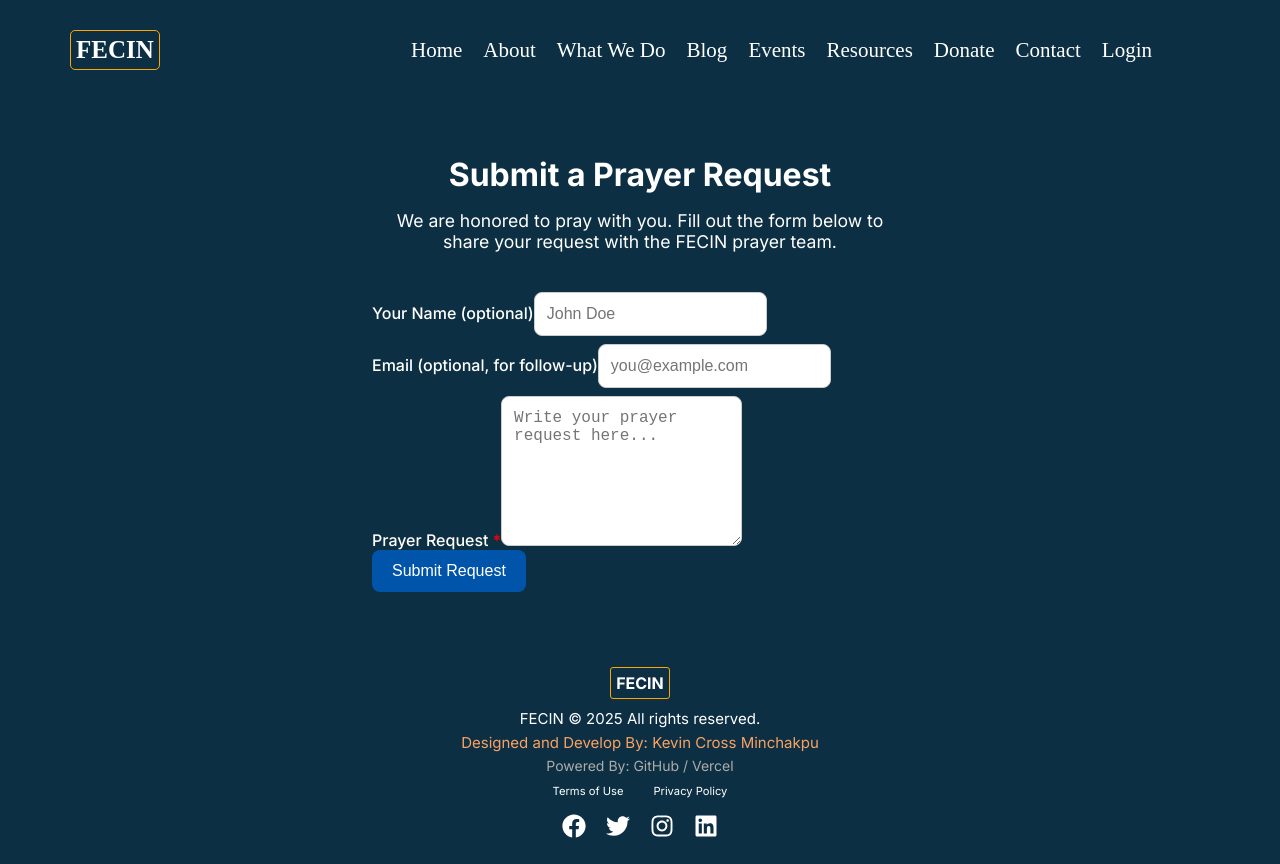
Repository: KCMinchakpu/fecin-projectgs497
Page: /prayers
The author's editor kept a copy of each file at every save. The page is drawn from the files as they stood at one save, then again after the next save.
The browser window is 1280 px wide. The pictures show the whole page.
The page's requests for data from a server got no answer. The project was rebuilt for these pictures with package versions that can differ from the ones it lists, and the page was loaded fresh each time. The framework's server and built-in components were replaced by stand-ins that run in the browser. No one was signed in, and anything a server would have sent is missing. Also part of the build but not shown: next.config.mjs.

Above is the page before, as saved 2025-04-12 16:55:59.

### src/app/layout.js
"use client";

import { Inter } from "next/font/google";
import "./globals.css";
import Navbar from "@/components/navbar/Navbar";
import Footer from "@/components/footer/Footer";
import { SessionProvider } from "next-auth/react"; // Import SessionProvider

const inter = Inter({ subsets: ["latin"] });

export default function RootLayout({ children }) {
  return (
    <html lang="en">
      <body className={inter.className}>
        <SessionProvider>
          <div className="container">
            <Navbar />
            {children}
            <Footer />
          </div>
        </SessionProvider>
      </body>
    </html>
  );
}

### src/app/prayers/page.jsx
'use client';
import { useState } from 'react';
import styles from './prayers.module.css';

export default function PrayerPage() {
  const [form, setForm] = useState({
    name: '',
    email: '',
    request: '',
  });

  const [submitted, setSubmitted] = useState(false);

  const handleChange = (e) => {
    setForm({ ...form, [e.target.name]: e.target.value });
  };

  const handleSubmit = async (e) => {
    e.preventDefault();
    console.log('Prayer Request Submitted:', form);
    setSubmitted(true);
    setForm({ name: '', email: '', request: '' });
  };

  return (
    <main className={styles.container}>
      <h1 className={styles.title}>Submit a Prayer Request</h1>
      <p className={styles.intro}>
        We are honored to pray with you. Fill out the form below to share your request with the FECIN prayer team.
      </p>

      {submitted ? (
        <div className={styles.thankyou}>
          <p>Thank you for sharing your prayer request. Our team will lift you up in prayer.</p>
        </div>
      ) : (
        <form onSubmit={handleSubmit} className={styles.form}>
          <div className={styles.formLabel}>
            <label>
              Your Name (optional)
              <input
                type="text"
                name="name"
                value={form.name}
                onChange={handleChange}
                placeholder="John Doe"
                className={styles.inputField}
              />
            </label>
          </div>

          <div className={styles.formLabel}>
            <label>
              Email (optional, for follow-up)
              <input
                type="email"
                name="email"
                value={form.email}
                onChange={handleChange}
                placeholder="you@example.com"
                className={styles.inputField}
              />
            </label>
          </div>

          <div className={styles.formLabel}>
            <label>
              Prayer Request <span className={styles.required}>*</span>
              <textarea
                name="request"
                value={form.request}
                onChange={handleChange}
                required
                placeholder="Write your prayer request here..."
                className={styles.textareaField}
              />
            </label>
          </div>

          <button type="submit">Submit Request</button>
        </form>
      )}
    </main>
  );
}

### src/app/globals.css
:root {
    --bg: #0c2f43;
    --text: white;
    --bgSoft: #091f2c;
    --textSoft: rgb(237, 232, 232);
    --btn: #de3c21;
    --bgWhite: white;
    --textGray: #444444;
}

/* Box sizing rules */
* {
    box-sizing: border-box;
    margin:0;
    padding: 0;
  }

/* Set core body defaults */
body {
    background-color: var(--bgWhite);
    color: var(--text);
  }

a {
    color: inherit;
    text-decoration: none;
}

.container {
  background-color: var(--bg);
  width: 100%; /* Default for small screens */
  margin: auto;
  padding-left: 20px;
  padding-right: 20px;
  min-height: 120vh;
  display: flex;
  flex-direction: column;
  justify-content: space-between;
}

.callnana {
    background-color: var(--bgWhite);
    color: var(--textGray);
    padding: 20px;
    border-radius: 8px;
    box-shadow: 0 4px 8px rgba(0, 0, 0, 0.1);
    margin-bottom: 20px;
    width: 400px;
    height: 200px;
    align-items: center;
    justify-items: center;
}

### src/components/navbar/Navbar.jsx
import React from 'react';
import Link from 'next/link';
import Links from "./links/Links";
import styles from "./navbar.module.css";

const Navbar = () => {
  return (
    <div className={styles.container}>
      <Link href="/" className={styles.logo}>FECIN</Link>
      <div>
        <Links />
      </div>
    </div>
  );
};

export default Navbar;

### src/components/footer/Footer.jsx
import React from 'react';
import styles from './footer.module.css';
import { FaFacebook, FaTwitter, FaInstagram, FaLinkedin } from 'react-icons/fa';

const Footer = () => {
  return (
    <div className={styles.container}>
      <div className={styles.logo}>
        {/* You can add a logo image here if needed */}
        <h2>FECIN</h2>
      </div>
      <div>
        <p className={styles.text}>FECIN © 2025 All rights reserved.</p>
        <p className={styles.author}>
          <a href="https://www.linkedin.com/in/kevin-cross-minchakpu-7897379a" target="_blank">Designed and Develop By: Kevin Cross Minchakpu</a>
          </p>
        <p className={styles.company}>
          <a href="https://octatesystems.github.io/OSNigeria/">Powered By: GitHub / Vercel</a>
          </p>
      </div>
      <div className={styles.links}>
        <a href="/terms" className={styles.link}>Terms of Use</a>
        <a href="/privacy" className={styles.link}>Privacy Policy</a>
      </div>
      <div className={styles.socialIcons}>
        <a href="https://facebook.com" target="_blank" rel="noopener noreferrer" className={styles.icon}>
          <FaFacebook />
        </a>
        <a href="https://twitter.com" target="_blank" rel="noopener noreferrer" className={styles.icon}>
          <FaTwitter />
        </a>
        <a href="https://instagram.com" target="_blank" rel="noopener noreferrer" className={styles.icon}>
          <FaInstagram />
        </a>
        <a href="https://linkedin.com" target="_blank" rel="noopener noreferrer" className={styles.icon}>
          <FaLinkedin />
        </a>
      </div>
    </div>
  );
};

export default Footer;

### src/app/prayers/prayers.module.css
.container {
    max-width: 600px;
    margin: 0 auto;
    padding: 2rem;
  }

  .title {
    font-size: 2rem;
    text-align: center;
    margin-bottom: 1rem;
  }

  .intro {
    text-align: center;
    margin-bottom: 2rem;
    font-size: 1.1rem;
  }

  .formLabel {
    display: flex;
    flex-direction: column;
    font-weight: 500;
  }

  .inputField, .textareaField {
    padding: 0.75rem;
    border: 1px solid #ccc;
    border-radius: 8px;
    margin-top: 0.5rem;
    font-size: 1rem;
  }

  .textareaField {
    min-height: 150px;
    resize: vertical;
  }


  button {
    padding: 0.75rem 1.25rem;
    background-color: #0055aa;
    color: white;
    border: none;
    border-radius: 8px;
    font-size: 1rem;
    cursor: pointer;
    transition: background 0.3s ease;
  }

  button:hover {
    background-color: #003f80;
  }

  .thankyou {
    text-align: center;
    padding: 2rem;
    background-color: #e6f7ff;
    border: 1px solid #b3e5fc;
    border-radius: 8px;
  }

  .required {
    color: red;
  }

### src/components/navbar/links/Links.jsx
"use client";

import React, { useState } from "react";
import { useSession } from "next-auth/react";
import Image from 'next/image';
import NavLink from "../navLink/NavLink";
import styles from "./links.module.css";

const links = [
  { title: "Home", path: "/" },
  { title: "About", path: "/about" },
  { title: "What We Do", path: "/whatwedo" },
  { title: "Blog", path: "/blog" },
  { title: "Events", path: "/upcoming-events" },
  { title: "Resources", path: "/resources" },
  { title: "Donate", path: "/donate" },
    { title: "Contact", path: "/contact" },
  ];

const Links = () => {
  const [open, setOpen] = useState(false);
  const { data: session, status } = useSession();

  const isAdmin = session?.user?.role === "admin";

  return (
    <div className={styles.container}>
      <div className={styles.links}>
        {links.map((link) => (
          <NavLink item={link} key={link.title} />
        ))}

        {!session && status !== "loading" && (
          <NavLink item={{ title: "Login", path: "/login" }} />
        )}

        {session && isAdmin && (
          <NavLink item={{ title: "Admin", path: "/admin" }} />
        )}

        {session && (
          <form method="post" action="/api/auth/signout">
            <button className={styles.logout}>Logout</button>
          </form>
        )}
      </div>

      <Image
        className={styles.menuButton}
        src="/menu.png"
        alt="Hamburger menu"
        width={30}
        height={30}
        onClick={() => setOpen((prev) => !prev)}
      />

      {open && (
        <div className={styles.mobileLinks}>
          {links.map((link) => (
            <NavLink item={link} key={link.title} />
          ))}
        </div>
      )}
    </div>
  );
};

export default Links;

### src/components/navbar/navbar.module.css
.container {
    height: 100px;
    display: flex;
    align-items: center;
    justify-content: space-between;
}

.logo {
    font-size: 25px;
    font-weight: bold;
    font-family: "Play", serif;
    font-weight: 700;
    font-style: normal;
    border: 1.5px solid orange;
    padding: 5px;
    border-radius: 5px;
    margin-left: 50px;
}

### src/components/footer/footer.module.css
/* Footer Container */
.container {
    background-color: var(--bg);
    color: white;
    display: flex;
    flex-direction: column;
    align-items: center;
    justify-content: space-between;
    padding: 20px;
    text-align: center;
  }

  .logo h2 {
    font-size: 1rem;
    margin-bottom: 10px;
    border: 1px solid orange;
    padding: 5px;
    border-radius: 3px;
  }

  .text {
    margin-bottom: 5px;
    font-size: 15px;

  }
  .author {
    margin-bottom: 5px;
    font-size: 15px;
    color: rgb(250, 162, 99);
  }

  .company {
    margin-bottom: 5px;
    font-size: 14px;
    color: rgb(174, 172, 170);
  }

  .author:hover {
    text-decoration: underline;
  }

  .company:hover {
    text-decoration: underline;
  }

  .links {
    margin-bottom: 15px;
  }

  .link {
    color: white;
    margin: 0 15px;
    text-decoration: none;
    font-size: 0.7rem;
  }

  .link:hover {
    text-decoration: underline;
  }

  .socialIcons {
    display: flex;
    justify-content: center;
    gap: 20px;
  }

  .icon {
    font-size: 1.5rem;
    color: white;
    transition: color 0.3s ease;
  }

  .icon:hover {
    color: #0070f3;
  }


  @media (min-width: 768px) {
    .container {
      flex-direction: column;
      align-items: center;
      justify-content: space-around;
    }
  }

### src/components/navbar/navLink/navLink.jsx
"use client";

import React from "react";
import Link from "next/link";
import { usePathname } from "next/navigation";
import styles from "./navLink.module.css";

const NavLink = ({ item }) => {
  const pathName = usePathname();
  return (
    <Link
      href={item.path}
      className={`${styles.container} ${
        pathName === item.path ? styles.active : ""
      }`}
    >
      {item.title}
    </Link>
  );
};

export default NavLink;

### src/components/navbar/links/links.module.css
.links {
    display: flex;
    align-items: center;
    gap: 5px;
    font-family: "Play", serif;
    font-style: normal;
    margin-right: 100px;
    font-size: 21px;
}

.logout {
    padding: 5px;
    cursor: pointer;
    font-weight: bold;
    font-size: 15px;
}

.menuButton,
.mobileLinks {
   display: none;
  }

  @media (max-width: 480px){
    .links {
        display: none;
    }

    .menuButton {
        display: block;
        cursor: pointer;
      }

    .mobileLinks {
        position: absolute;
        top: 100px;
        right: 0;
        width: 50%;
        height: calc(100vh-100px);
        /*background-color: var(--bg);*/
       background-color: brown;
        display: flex;
        flex-direction: column;
        align-items: center;
        justify-content: center;
        gap: 10px;
      }
  }

### src/components/navbar/navLink/navLink.module.css
.container {
    padding: 8px;
    text-align: center;


}

.active {
    background-color: var(--text);
    color: var(--btn);
}

After the next save:
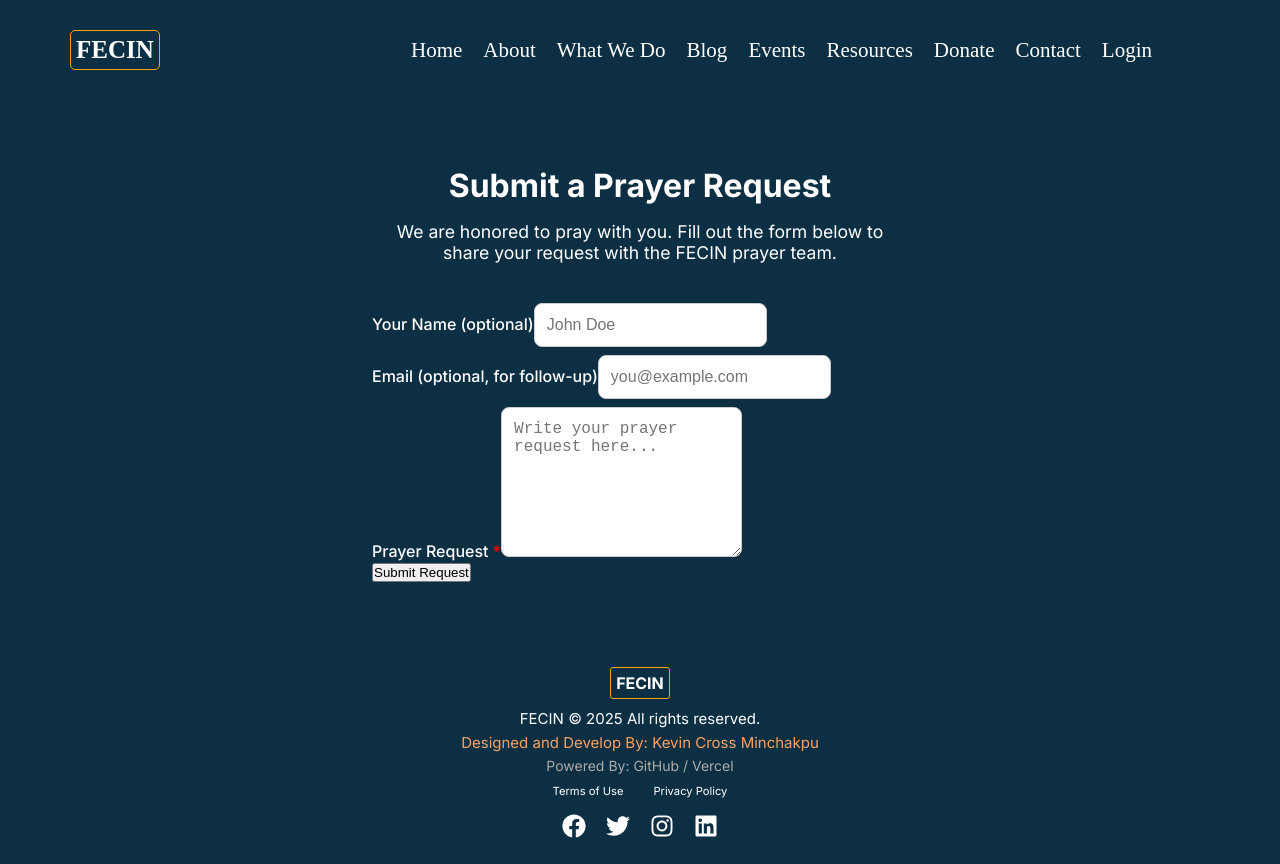
Saved 42 s later.
--- a/src/app/prayers/prayers.module.css
+++ b/src/app/prayers/prayers.module.css
@@ -36,7 +36,7 @@
   }
 
 
-  button {
+  .button {
     padding: 0.75rem 1.25rem;
     background-color: #0055aa;
     color: white;
